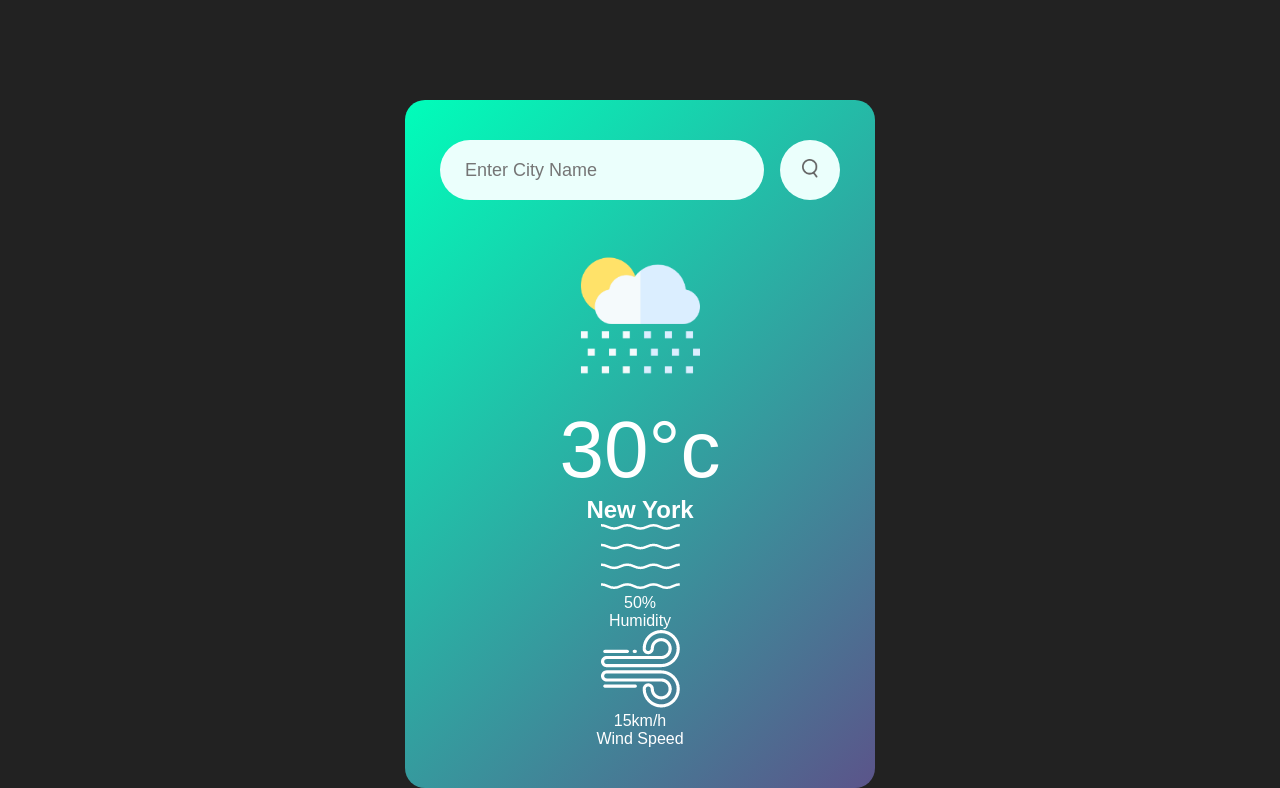
Repository: dubeprince/WeatherApp-Project
Page: WeatherApp/index.html
The author's editor kept a copy of each file at every save. The page is drawn from the files as they stood at one save, then again after the next save.
The browser window is 1280 px wide. The pictures show the whole page.

Above is the page before, as saved 2023-05-26 11:13:43.

### WeatherApp/index.html
<!DOCTYPE html>
<html lang="en">
<head>
    <meta charset="UTF-8">
    <meta http-equiv="X-UA-Compatible" content="IE=edge">
    <meta name="viewport" content="width=device-width, initial-scale=1.0">
    <title>Weather App</title>
    <link rel = "stylesheet" href = "style.css">
</head>
<body>

    <div class="card">
        <div class="search">
            <input type="text" placeholder="Enter City Name" spellcheck="false">
            <button><img src="images/search.png" alt=""></button>
        </div>
        <div class="weather">
            <img src="images/rain.png" class="weather-icon">
            <h1 class="temp">30°c</h1>
            <h2 class="city">New York</h2>
            <div class="details">
                <div class="col">
                    <img src="images/humidity.png" >
                    <div>
                        <p class="humidity">50%</p>
                        <p>Humidity</p>
                    </div>
                </div>
                <div class="col">
                    <img src="images/wind.png" >
                    <div>
                        <p class="wind">15km/h</p>
                        <p>Wind Speed</p>
                    </div>
                </div>
            </div>
        </div>
    </div>

</body>
</html>

### WeatherApp/style.css
*{
    margin : 0;
    padding: 0;
    font-family: 'Poppins', sans-serif;
    box-sizing: border-box;

}
body{
    background: #222;
}
.card{
    width: 90%;
    max-width: 470px;
    background: linear-gradient(135deg, #00feba, #5b548a);
    color: #fff; /* white */
    margin: 100px auto 0;
    border-radius: 20px;
    padding: 40px 35px;
    text-align: center;

}
.search{
    width: 100%;
    display: flex;
    align-items: center;
    justify-content: space-between;
}
.search input{
    border: 0;
    outline: 0;
    background: #ebfffc;
    color: #555;
    padding: 10px 25px;
    height: 60px;
    border-radius: 30px;
    flex: 1;
    margin-right: 16px;
    font-size: 18px;
}
.search button{
    border: 0;
    outline: 0;
    border-radius: 50%;
    background: #ebfffc;
    width: 60px;
    height: 60px;
    cursor: pointer;

}
.search button img{
    width: 16px;

}
.weather-icon{
    width: 170px;
    margin-top: 30px;
}
.weather h1{
    font-size: 80px;
    font-weight: 500;


}

After the next save:
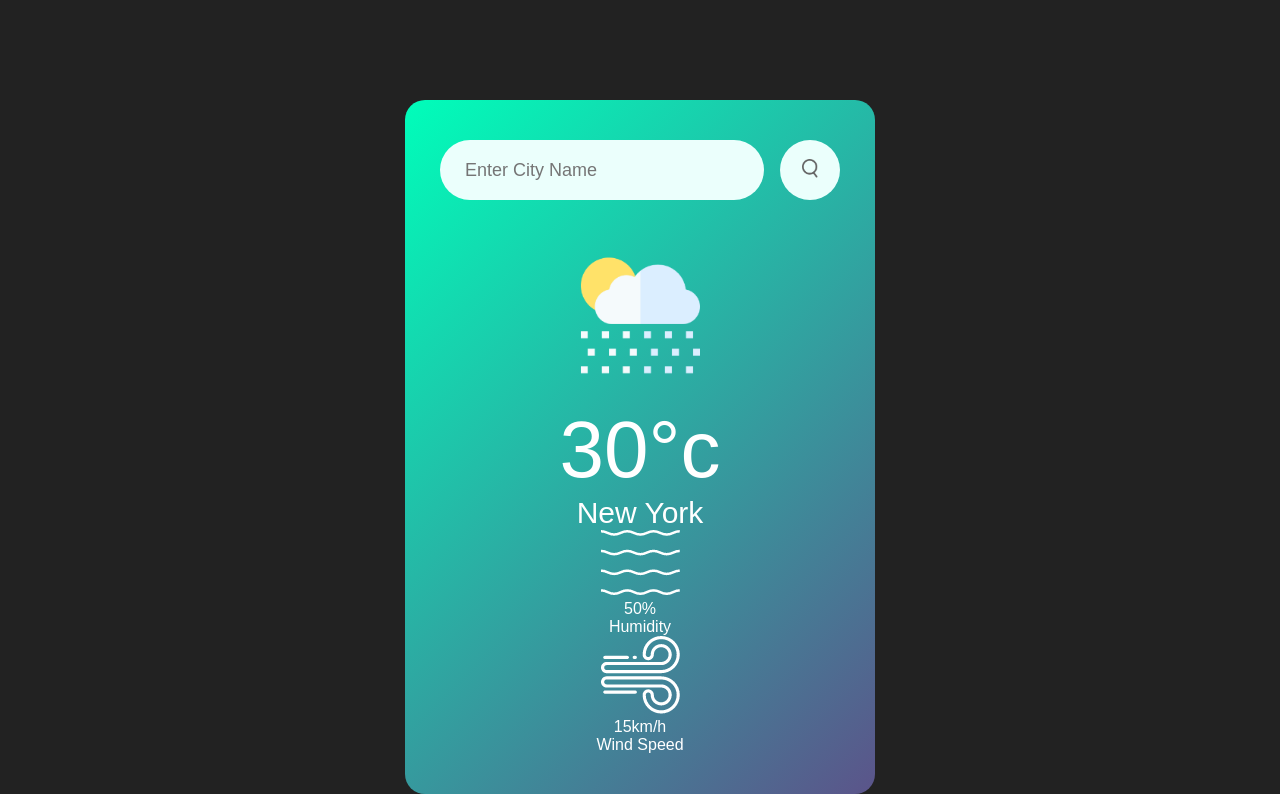
Saved 35 s later.
--- a/WeatherApp/style.css
+++ b/WeatherApp/style.css
@@ -58,6 +58,8 @@ body{
 .weather h1{
     font-size: 80px;
     font-weight: 500;
-
-
 }
+.weather h2{
+    font-weight: 500;
+    font-size: 30px;
+}
